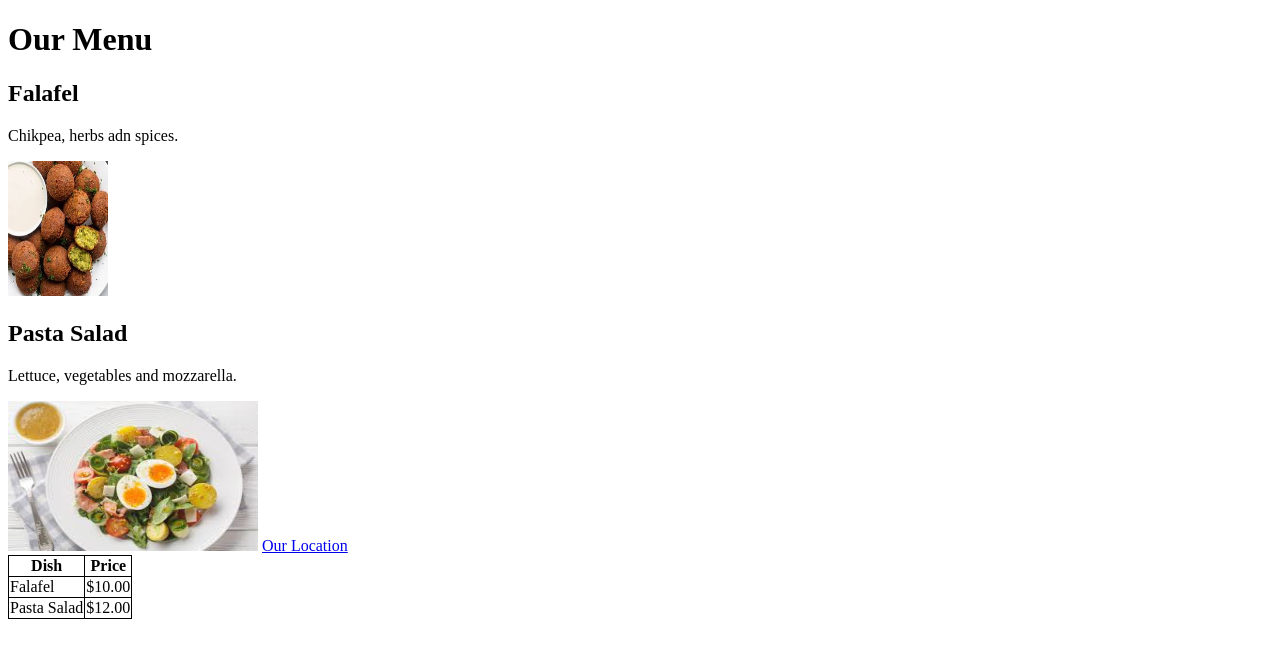
Repository: GiraldoNainggolan/Meta-Coursera
Page: Pengembang Front-End Meta/Modul 2/Mencoba/index.html
These files come from the project's save history. The page is drawn as it stood at one moment and after the next save; the edit follows.
The browser window is 1280 px wide. The pictures show the whole page.

Above is the page before, as saved 2025-01-26 07:34:47.

### Pengembang Front-End Meta/Modul 2/Mencoba/index.html
<!DOCTYPE html>
<html>

<head>
    <title> Title Lemon</title>
</head>

<body>
    <h1>Our Menu</h1>
    <h2>Falafel</h2>
    <p>Chikpea, herbs adn spices.</p>
    <img src="falavel.jpg" alt="gambar" width="100px" height="135">
    <h2>Pasta Salad</h2>
    <p>Lettuce, vegetables and mozzarella.</p>
    <img src="salad.jpg" alt="Salad" width="250" height="150">
    <a href="location.html">Our Location</a>
    <style>
        table, th, td {
            border: 1px solid black;
            border-collapse: collapse;
        }
    </style>
    <table>
        <tr>
            <th>Dish</th>
            <th>Price</th>
        </tr>
        <tr>
            <td>Falafel</td>
            <td>$10.00</td>
        </tr>
        <tr>
            <td>Pasta Salad</td>
            <td>$12.00</td>
        </tr>
    </table>
</body>

</html>

After the next save:
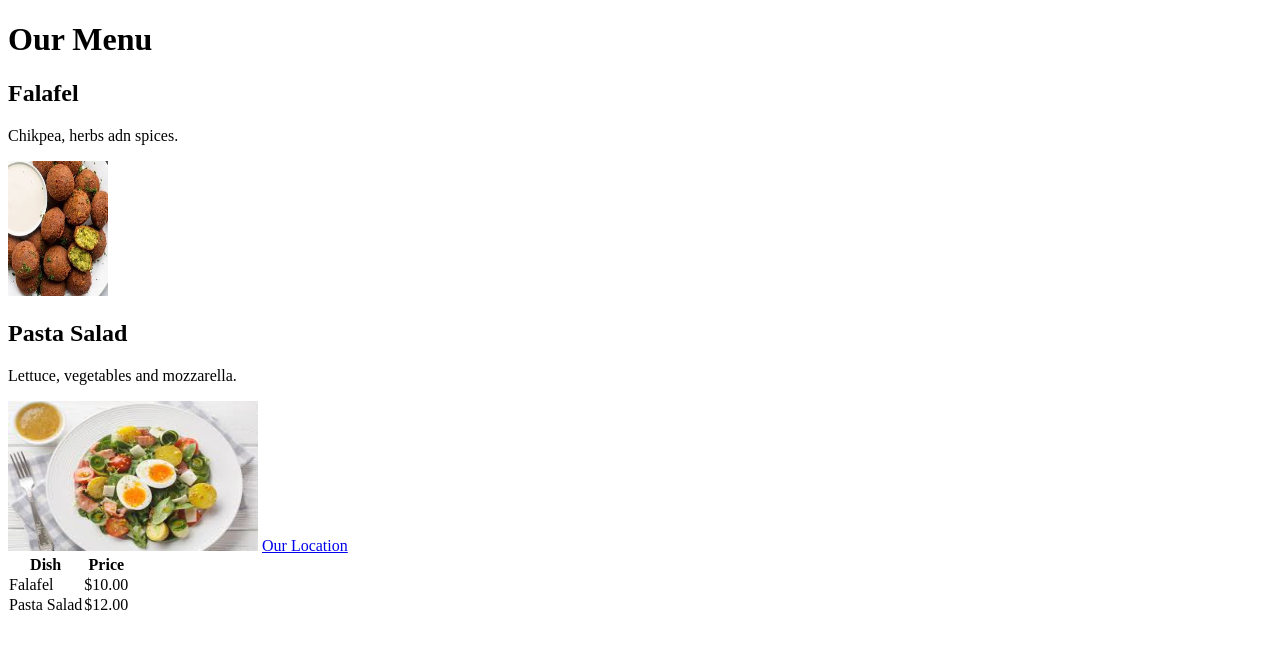
Saved 5 s later.
--- a/Pengembang Front-End Meta/Modul 2/Mencoba/index.html
+++ b/Pengembang Front-End Meta/Modul 2/Mencoba/index.html
@@ -16,7 +16,7 @@
     <a href="location.html">Our Location</a>
     <style>
         table, th, td {
-            border: 1px solid black;
+            /* border: 1px solid black; */
             border-collapse: collapse;
         }
     </style>

After the save that followed:
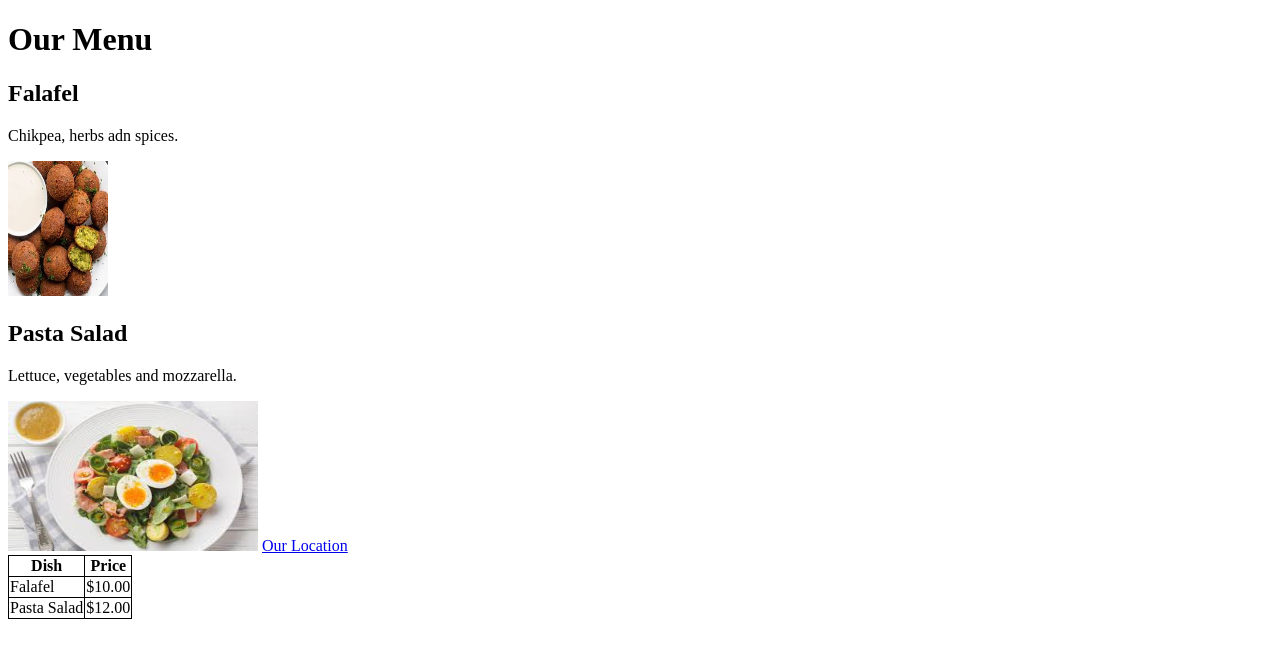
Saved 4 s later.
--- a/Pengembang Front-End Meta/Modul 2/Mencoba/index.html
+++ b/Pengembang Front-End Meta/Modul 2/Mencoba/index.html
@@ -16,7 +16,7 @@
     <a href="location.html">Our Location</a>
     <style>
         table, th, td {
-            /* border: 1px solid black; */
+            border: 1px solid black;
             border-collapse: collapse;
         }
     </style>
